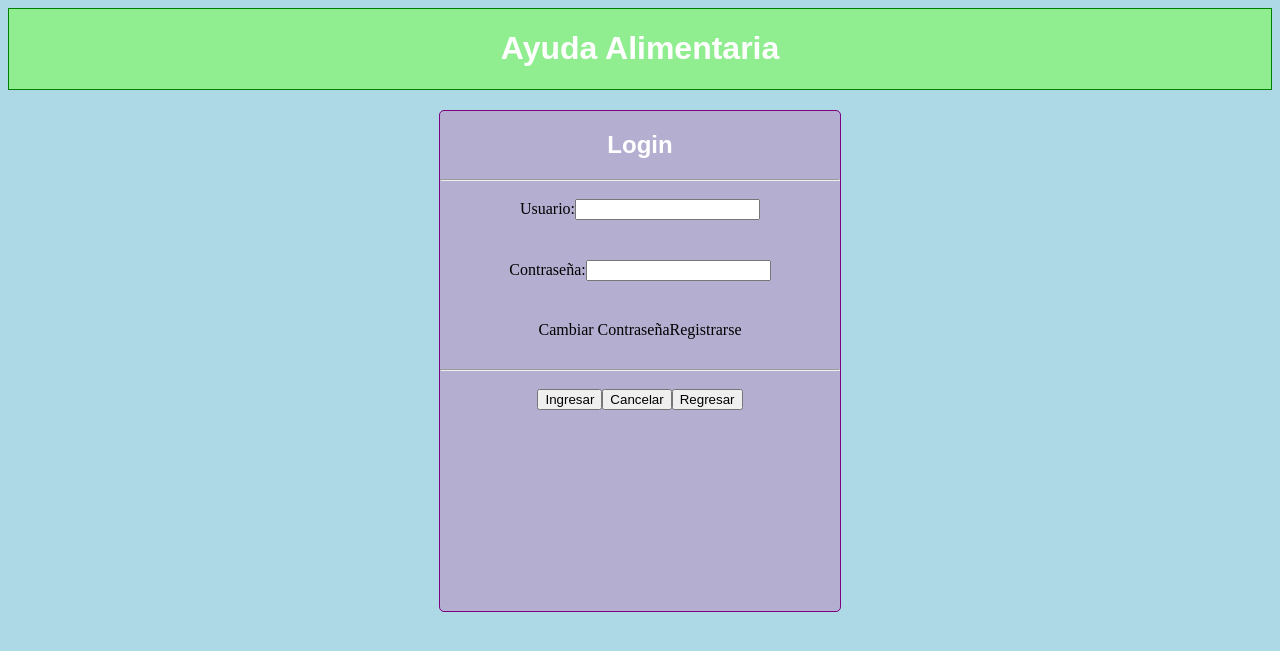
Repository: sonicspeed1/examen1_codigo_bryansantillan
Page: http://localhost/examen_1_bryan_santillan/Login.jsp
The author's editor kept a copy of each file at every save. The page is drawn from the files as they stood at one save, then again after the next save.
The browser window is 1280 px wide. The pictures show the whole page.
The page is served by Tomcat 9.

Above is the page before, as saved 2024-05-25 16:53:22.

After the next save:
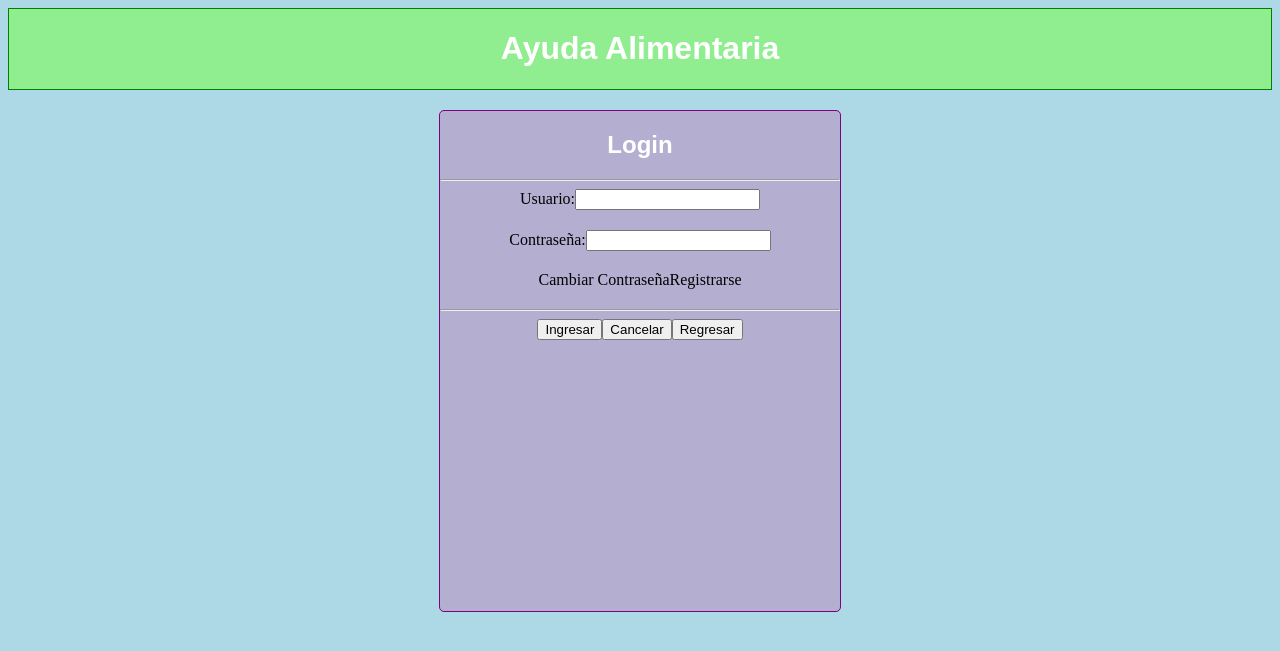
Saved 41 s later.
--- a/examen_1_bryan_santillan/src/main/webapp/estilo.css
+++ b/examen_1_bryan_santillan/src/main/webapp/estilo.css
@@ -59,5 +59,7 @@
     justify-content: center;
     align-items: center;
     margin-bottom: 20px;
-   padding: 10px 10px;
 }
+.button{
+
+}
